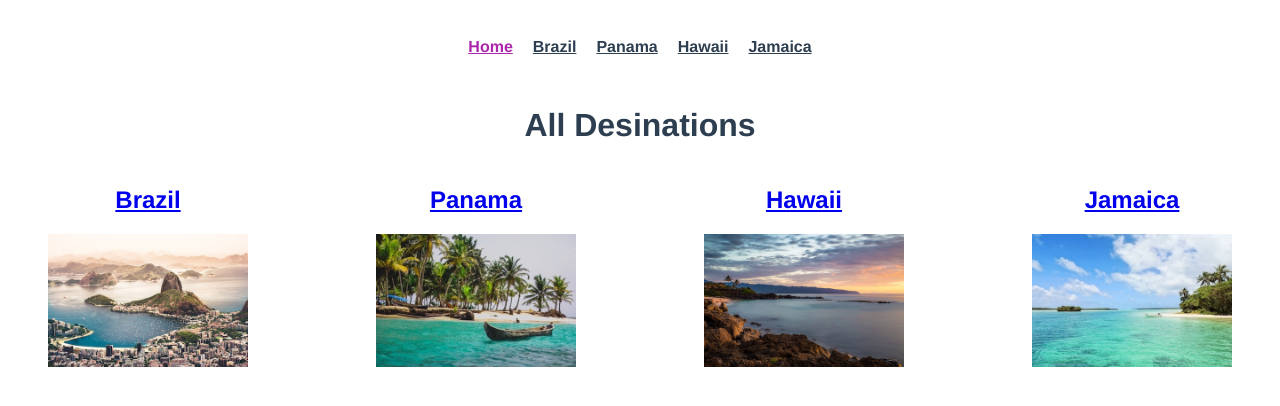
Repository: June-Hall/MiniTravelApp
Page: /
The author's editor kept a copy of each file at every save. The page is drawn from the files as they stood at one save, then again after the next save.
The browser window is 1280 px wide. The pictures show the whole page.
The project was rebuilt for these pictures with package versions that can differ from the ones it lists, and the page was loaded fresh each time. Also part of the build but not shown: vue.config.js.

Above is the page before, as saved 2023-03-30 09:31:38.

After the next save:
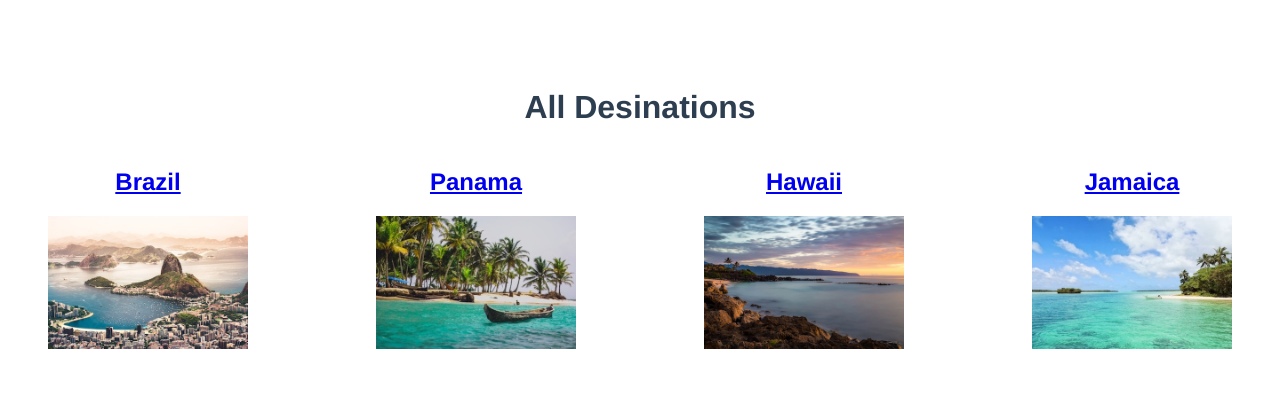
Saved 4 h 54 min later.
--- a/src/components/TheNavigation.vue
+++ b/src/components/TheNavigation.vue
@@ -1,10 +1,6 @@
 <template>
   <nav id="nav">
-    <router-link to="/">Home</router-link>
-    <router-link to="/brazil">Brazil</router-link>
-    <router-link to="/panama">Panama</router-link>
-    <router-link to="/hawaii">Hawaii</router-link>
-    <router-link to="/jamaica">Jamaica</router-link>
+
   </nav>
 </template>
 
